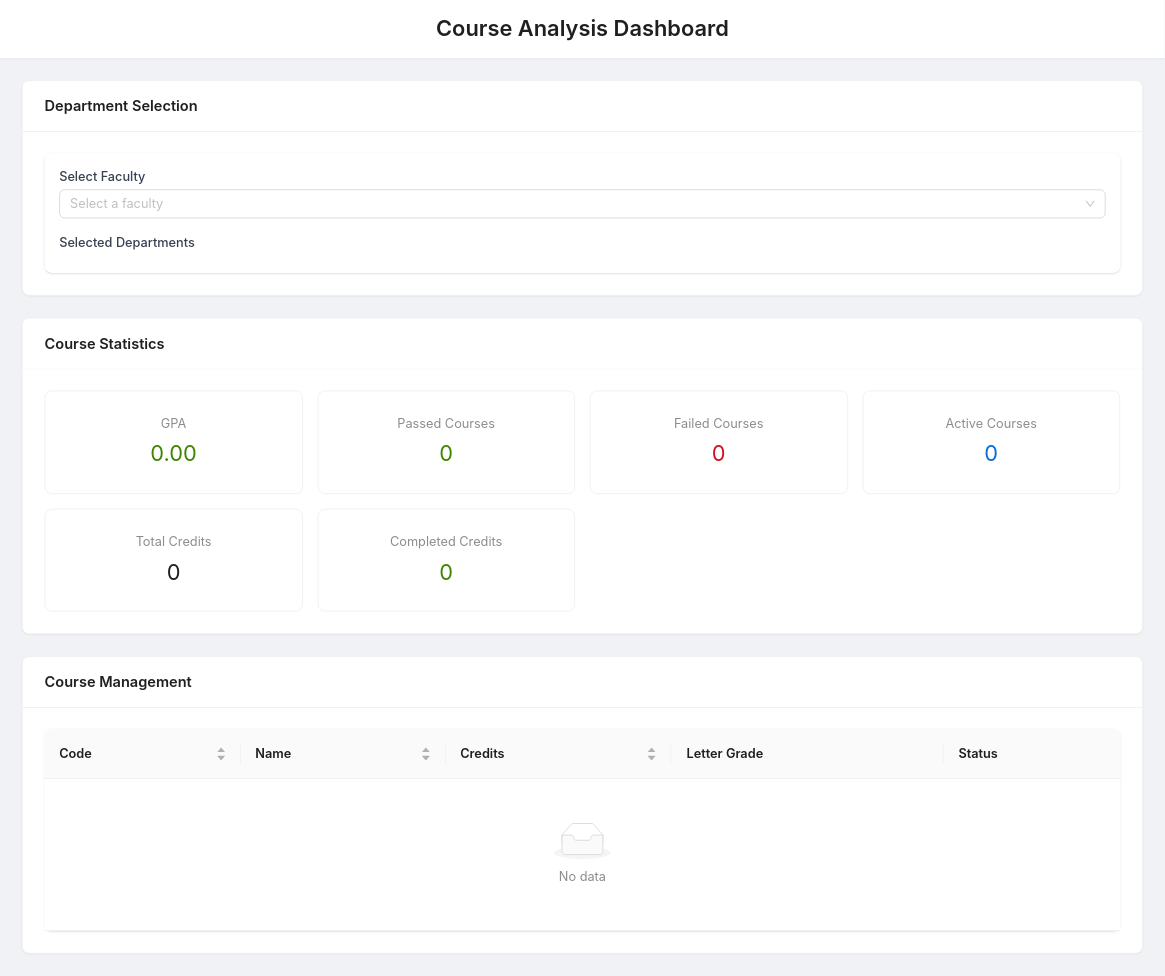
Repository: heudev/ieu-eduanalyzer
Page: /
These files come from the project's save history. The page is drawn as it stood at one moment and after the next save; the edit follows.
The browser window is 1280 px wide. The pictures show the whole page, at 91% of full size.
The project was rebuilt for these pictures with package versions that can differ from the ones it lists, and the page was loaded fresh each time. Also part of the build but not shown: vite.config.ts.

Above is the page before, as saved 2025-01-17 00:13:11.

After the next save:
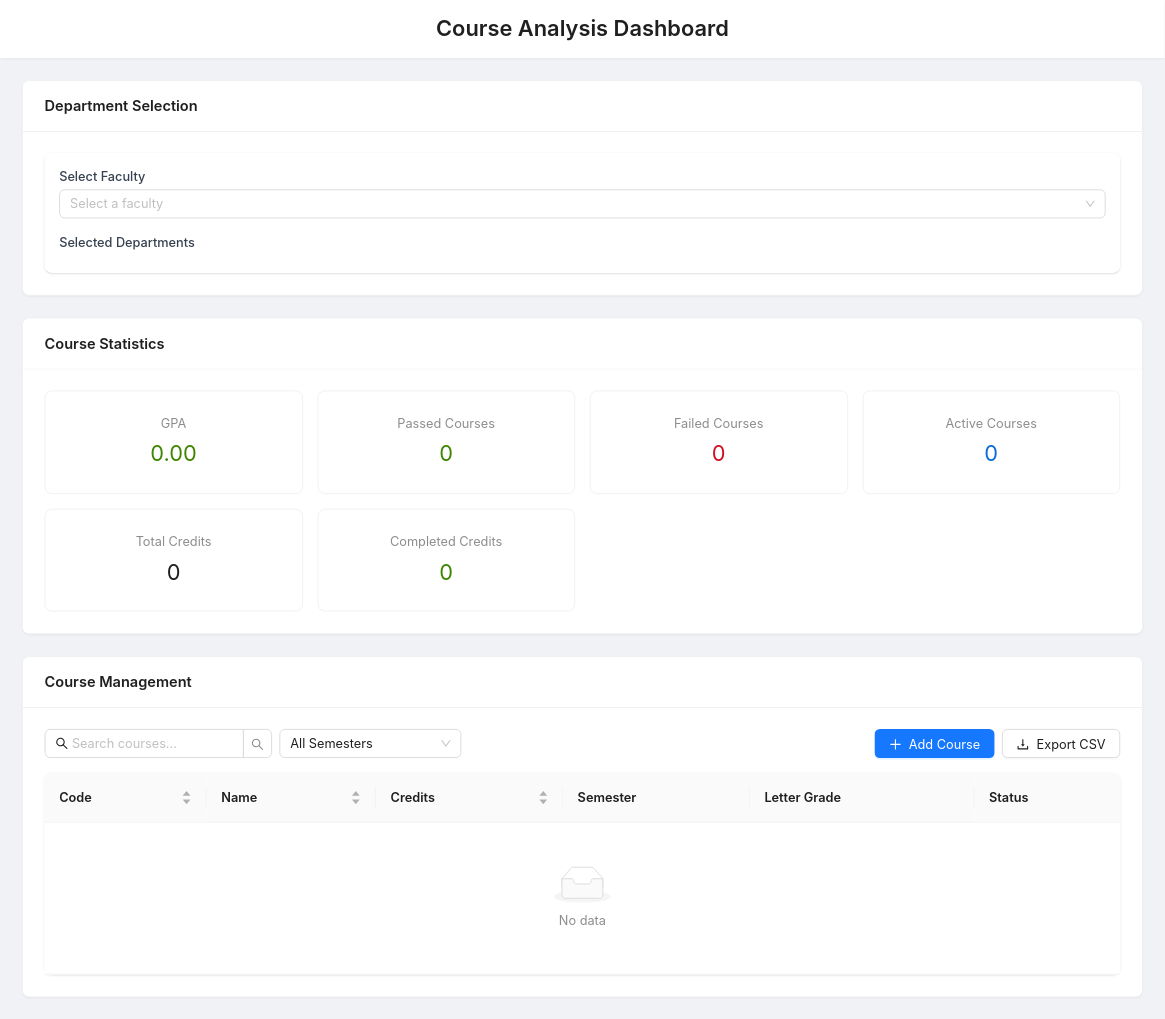
Saved 2 min 37 s later.
--- a/src/components/CourseTable.tsx
+++ b/src/components/CourseTable.tsx
@@ -1,10 +1,12 @@
-import React from 'react';
-import { Table, Select, Button, Space } from 'antd';
+import React, { useState } from 'react';
+import { Table, Select, Button, Space, Input, Modal, Form, InputNumber } from 'antd';
 import { useDispatch, useSelector } from 'react-redux';
 import { Course, LetterGrade, CourseStatus } from '../types';
 import { updateCourse, addCourse } from '../store/courseSlice';
+import { SearchOutlined, PlusOutlined, DownloadOutlined } from '@ant-design/icons';
 
 const { Option } = Select;
+const { Search } = Input;
 
 interface RootState {
     course: {
@@ -15,9 +17,14 @@ interface RootState {
 const CourseTable: React.FC = () => {
     const dispatch = useDispatch();
     const courses = useSelector((state: RootState) => state.course.courses);
+    const [searchText, setSearchText] = useState('');
+    const [isModalVisible, setIsModalVisible] = useState(false);
+    const [selectedSemester, setSelectedSemester] = useState<string>('all');
+    const [form] = Form.useForm();
 
     const letterGrades: LetterGrade[] = ['AA', 'BA', 'BB', 'CB', 'CC', 'DC', 'DD', 'FF', 'NA'];
     const courseStatuses: CourseStatus[] = ['PASSED', 'FAILED', 'TAKING', 'NOT_TAKEN'];
+    const semesters = ['1. Year Fall', '1. Year Spring', '2. Year Fall', '2. Year Spring', '3. Year Fall', '3. Year Spring', '4. Year Fall', '4. Year Spring'];
 
     const handleGradeChange = (courseId: string, letterGrade: LetterGrade) => {
         dispatch(updateCourse({ courseId, updates: { letterGrade } }));
@@ -26,6 +33,50 @@ const CourseTable: React.FC = () => {
     const handleStatusChange = (courseId: string, status: CourseStatus) => {
         dispatch(updateCourse({ courseId, updates: { status } }));
     };
+
+    const handleAddCourse = () => {
+        form.validateFields().then(values => {
+            const newCourse: Course = {
+                id: Date.now().toString(),
+                code: values.code,
+                name: values.name,
+                credits: values.credits,
+                letterGrade: 'NA',
+                status: 'NOT_TAKEN',
+                semester: values.semester
+            };
+            dispatch(addCourse(newCourse));
+            setIsModalVisible(false);
+            form.resetFields();
+        });
+    };
+
+    const handleExport = () => {
+        const csvContent = [
+            ['Code', 'Name', 'Credits', 'Letter Grade', 'Status', 'Semester'],
+            ...filteredCourses.map(course => [
+                course.code,
+                course.name,
+                course.credits,
+                course.letterGrade,
+                course.status,
+                course.semester
+            ])
+        ].map(row => row.join(',')).join('\n');
+
+        const blob = new Blob([csvContent], { type: 'text/csv;charset=utf-8;' });
+        const link = document.createElement('a');
+        link.href = URL.createObjectURL(blob);
+        link.download = 'courses.csv';
+        link.click();
+    };
+
+    const filteredCourses = courses.filter(course => {
+        const matchesSearch = course.code.toLowerCase().includes(searchText.toLowerCase()) ||
+            course.name.toLowerCase().includes(searchText.toLowerCase());
+        const matchesSemester = selectedSemester === 'all' || course.semester?.includes(selectedSemester);
+        return matchesSearch && matchesSemester;
+    });
 
     const columns = [
         {
@@ -45,6 +96,11 @@ const CourseTable: React.FC = () => {
             dataIndex: 'credits',
             key: 'credits',
             sorter: (a: Course, b: Course) => a.credits - b.credits,
+        },
+        {
+            title: 'Semester',
+            dataIndex: 'semester',
+            key: 'semester',
         },
         {
             title: 'Letter Grade',
@@ -86,9 +142,46 @@ const CourseTable: React.FC = () => {
 
     return (
         <div className="space-y-4">
+            <div className="flex flex-wrap gap-4 items-center justify-between">
+                <Space>
+                    <Search
+                        placeholder="Search courses..."
+                        onChange={e => setSearchText(e.target.value)}
+                        style={{ width: 250 }}
+                        prefix={<SearchOutlined />}
+                    />
+                    <Select
+                        style={{ width: 200 }}
+                        value={selectedSemester}
+                        onChange={setSelectedSemester}
+                        placeholder="Filter by semester"
+                    >
+                        <Option value="all">All Semesters</Option>
+                        {semesters.map(sem => (
+                            <Option key={sem} value={sem}>{sem}</Option>
+                        ))}
+                    </Select>
+                </Space>
+                <Space>
+                    <Button
+                        type="primary"
+                        icon={<PlusOutlined />}
+                        onClick={() => setIsModalVisible(true)}
+                    >
+                        Add Course
+                    </Button>
+                    <Button
+                        icon={<DownloadOutlined />}
+                        onClick={handleExport}
+                    >
+                        Export CSV
+                    </Button>
+                </Space>
+            </div>
+
             <Table
                 columns={columns}
-                dataSource={courses}
+                dataSource={filteredCourses}
                 rowKey="id"
                 className="bg-white rounded-lg shadow"
                 pagination={{
@@ -97,6 +190,51 @@ const CourseTable: React.FC = () => {
                     showTotal: (total, range) => `${range[0]}-${range[1]} of ${total} courses`,
                 }}
             />
+
+            <Modal
+                title="Add New Course"
+                open={isModalVisible}
+                onOk={handleAddCourse}
+                onCancel={() => {
+                    setIsModalVisible(false);
+                    form.resetFields();
+                }}
+            >
+                <Form form={form} layout="vertical">
+                    <Form.Item
+                        name="code"
+                        label="Course Code"
+                        rules={[{ required: true, message: 'Please enter course code' }]}
+                    >
+                        <Input />
+                    </Form.Item>
+                    <Form.Item
+                        name="name"
+                        label="Course Name"
+                        rules={[{ required: true, message: 'Please enter course name' }]}
+                    >
+                        <Input />
+                    </Form.Item>
+                    <Form.Item
+                        name="credits"
+                        label="Credits"
+                        rules={[{ required: true, message: 'Please enter credits' }]}
+                    >
+                        <InputNumber min={1} max={30} />
+                    </Form.Item>
+                    <Form.Item
+                        name="semester"
+                        label="Semester"
+                        rules={[{ required: true, message: 'Please select semester' }]}
+                    >
+                        <Select>
+                            {semesters.map(sem => (
+                                <Option key={sem} value={sem}>{sem}</Option>
+                            ))}
+                        </Select>
+                    </Form.Item>
+                </Form>
+            </Modal>
         </div>
     );
 };
